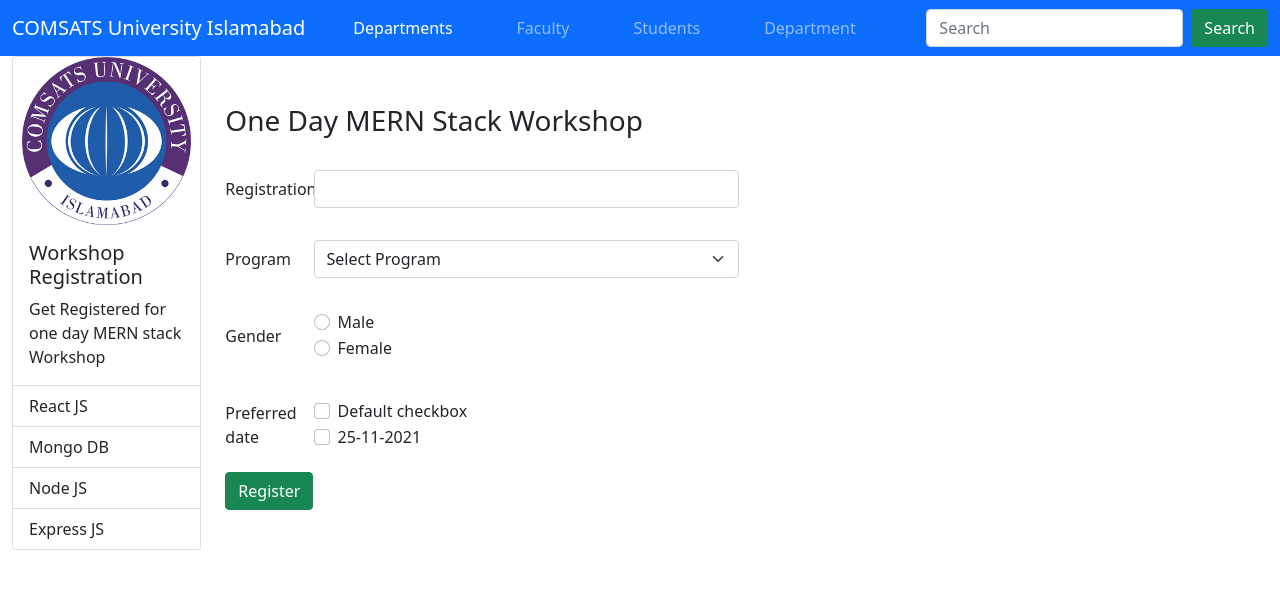
Repository: SaudCh/Web-Mid-Exams
Page: /register
An editor plug-in stored every save of this project. The page is shown before and after the next save, followed by the edit.
The browser window is 1280 px wide. The pictures show the whole page.
The project was rebuilt for these pictures with package versions that can differ from the ones it lists, and the page was loaded fresh each time.

Above is the page before, as saved 2021-11-22 11:45:27.

### src/App.js
import React from "react";
import { BrowserRouter as Router, Switch, Route } from "react-router-dom";
import "../node_modules/bootstrap/dist/css/bootstrap.min.css";
import "../node_modules/bootstrap/dist/js/bootstrap.bundle.min";
import Header from "./Shared/Header";
import SideBar from "./Shared/SideBar";
import Register from "./Register/register";

export default function App() {
  return (
    <Router>
      <Header />
      <div className="container-fluid">
        <div className="row">
          <div className="col-12 col-md-2">
            <SideBar />
          </div>
          <div className="col-12 col-md-10">
            <Switch>
              <Route path="/" exact>
                <div></div>
              </Route>
              <Route path="/register/" exact>
                <Register />
              </Route>
            </Switch>
          </div>
        </div>
      </div>
    </Router>
  );
}

### src/Shared/Header.jsx
import React from "react";
import { Link } from "react-router-dom";
export default function Header() {
  return (
    <nav class="navbar navbar-expand-lg navbar-dark bg-primary">
      <div class="container-fluid">
        <Link to="/" class="navbar-brand" href="#">
          COMSATS University Islamabad
        </Link>
        <button
          class="navbar-toggler"
          type="button"
          data-bs-toggle="collapse"
          data-bs-target="#navbarSupportedContent"
          aria-controls="navbarSupportedContent"
          aria-expanded="false"
          aria-label="Toggle navigation"
        >
          <span class="navbar-toggler-icon"></span>
        </button>
        <div class="collapse navbar-collapse" id="navbarSupportedContent">
          <ul class="navbar-nav me-auto mb-2 mb-lg-0">
            <li class="nav-item mx-md-4">
              <Link to="/" class="nav-link active" aria-current="page" href="#">
                Departments
              </Link>
            </li>
            <li class="nav-item mx-md-4">
              <Link to="/" class="nav-link" href="#">
                Faculty
              </Link>
            </li>

            <li class="nav-item mx-md-4">
              <Link
                to="/"
                class="nav-link"
                href="#"
                tabindex="-1"
                aria-disabled="true"
              >
                Students
              </Link>
            </li>
            <li class="nav-item mx-md-4">
              <Link
                to="/"
                class="nav-link"
                href="#"
                tabindex="-1"
                aria-disabled="true"
              >
                Department
              </Link>
            </li>
          </ul>
          <form class="d-flex">
            <input
              class="form-control me-2"
              type="search"
              placeholder="Search"
              aria-label="Search"
            />
            <button
              class="btn btn-outline-success btn-success text-white"
              type="submit"
            >
              Search
            </button>
          </form>
        </div>
      </div>
    </nav>
  );
}

### src/Shared/SideBar.jsx
import React from "react";
import logo from "../public/comsats-logo.png";

export default function SideBar() {
  return (
    <div class="card">
      <img
        src={logo}
        class="card-img-top"
        style={{ width: "90%", alignSelf: "center" }}
        alt="..."
      />
      <div class="card-body">
        <h5 class="card-title">Workshop Registration</h5>
        <p class="card-text">Get Registered for one day MERN stack Workshop</p>
      </div>
      <ul class="list-group list-group-flush">
        <li class="list-group-item">React JS</li>
        <li class="list-group-item">Mongo DB</li>
        <li class="list-group-item">Node JS</li>
        <li class="list-group-item">Express JS</li>
      </ul>
    </div>
  );
}

### src/Register/register.jsx
import React, { useRef } from "react";

export default function Register() {
  const Registration = useRef();
  const Program = useRef();
  const male = useRef();

  const handleSubmit = (e) => {
    e.preventDefault();
    console.log(Registration.current.value);
    console.log(Program.current.value);
    console.log(male.current);
    //console.log(female.current.value);
  };
  return (
    <div className="my-5">
      <h3>One Day MERN Stack Workshop</h3>
      <form onSubmit={handleSubmit}>
        {/*********Registration********** */}
        <div class="row g-3 align-items-center my-3">
          <div class="col-1">
            <label for="registration" class="col-form-label">
              Registration
            </label>
          </div>
          <div class="col-5">
            <input
              type="text"
              id="registration"
              class="form-control"
              aria-describedby="passwordHelpInline"
              ref={Registration}
              name="registration"
            />
          </div>
        </div>
        {/*********Program****** */}
        <div class="row g-3 align-items-center my-3">
          <div class="col-1">
            <label for="program" class="col-form-label">
              Program
            </label>
          </div>
          <div class="col-5">
            <select ref={Program} id="program" class="form-select">
              <option value="">Select Program</option>
              <option value="BsCS">BsCS</option>
              <option value="BsCE">BsSE</option>
            </select>
          </div>
        </div>
        {/*********Gender****** */}
        <div class="row g-3 align-items-center my-3">
          <div class="col-1">
            <label for="gender" class="col-form-label">
              Gender
            </label>
          </div>
          <div class="col-5">
            <div class="form-check">
              <input
                class="form-check-input"
                type="radio"
                name="flexRadioDefault"
                id="gender"
                ref={male}
              />
              <label class="form-check-label" for="flexRadioDefault1">
                Male
              </label>
            </div>
            <div class="form-check">
              <input
                class="form-check-input"
                type="radio"
                name="flexRadioDefault"
                id="gender"
                ref={male}
              />
              <label class="form-check-label" for="flexRadioDefault2">
                Female
              </label>
            </div>
          </div>
        </div>
        {/*********Date****** */}
        <div class="row g-3 align-items-center my-3">
          <div class="col-1 ">
            <label for="date" class="col-form-label">
              Preferred date
            </label>
          </div>
          <div class="col-5">
            <div class="form-check">
              <input
                class="form-check-input"
                type="checkbox"
                value=""
                id="flexCheckDefault"
              />
              <label class="form-check-label" for="flexCheckDefault">
                Default checkbox
              </label>
            </div>
            <div class="form-check">
              <input
                class="form-check-input"
                type="checkbox"
                value=""
                id="flexCheckChecked"
              />
              <label class="form-check-label" for="flexCheckChecked">
                25-11-2021
              </label>
            </div>
          </div>
        </div>
        {/*********Button********* */}
        <div>
          <button className="btn btn-success">Register</button>
        </div>
      </form>
    </div>
  );
}

Loaded but not shown: public/index.html (common file); src/index.js (common file); src/index.css (common file); src/reportWebVitals.js (common file)

After the next save:
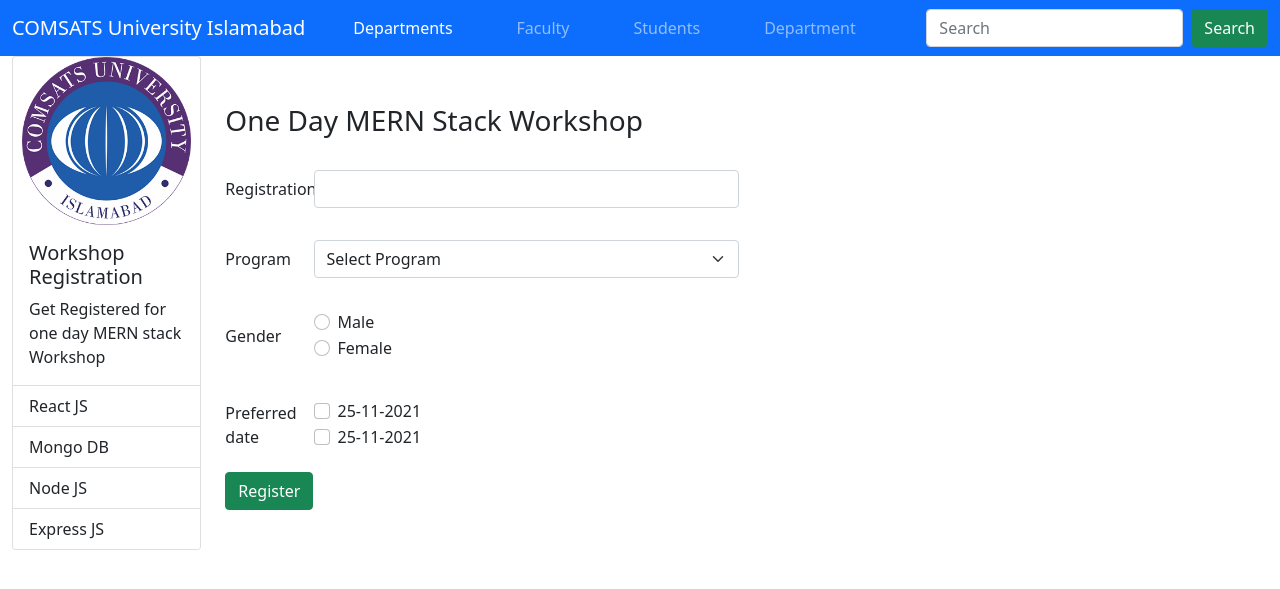
Saved 61 s later.
--- a/src/Register/register.jsx
+++ b/src/Register/register.jsx
@@ -99,7 +99,7 @@
                 id="flexCheckDefault"
               />
               <label class="form-check-label" for="flexCheckDefault">
-                Default checkbox
+                25-11-2021
               </label>
             </div>
             <div class="form-check">
